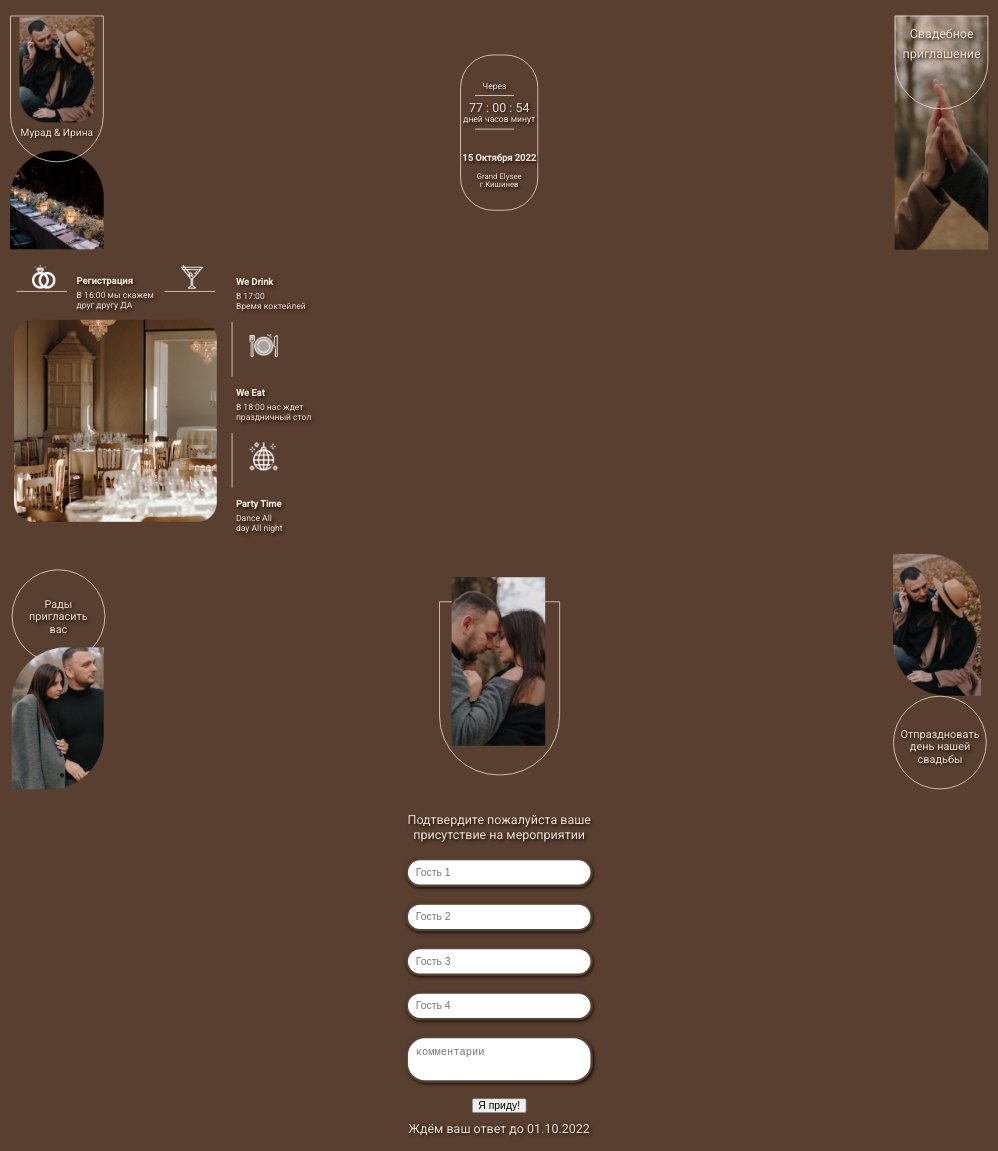
Repository: Anthony8845/wedding_invitation
Page: index.html
These files come from the project's save history. The page is drawn as it stood at one moment and after the next save; the edit follows.
The browser window is 1280 px wide. The pictures show the whole page, at 78% of full size.
Some web fonts or font styles are not loaded; a fallback is used.

Above is the page before, as saved 2022-07-30 12:58:47.

### index.html
<!DOCTYPE html>
<html lang="en">
<head>
    <meta charset="UTF-8">
    <meta http-equiv="X-UA-Compatible" content="IE=edge">
    <meta name="viewport" content="width=device-width, user-scalable=yes">
    <link rel="stylesheet" href="./style.css">
    <script defer src="./script.js"></script>
    <title>Приглашение на свадьбу</title>
</head>
<body>

    <div class="invitation">
        <div class="info">
            <div class="info_block">
                <div class="info_border">
                    <div class="info_img-u"></div>
                    <div class="info_name">Мурад & Ирина</div>
                </div>
                <div class="info_img-d"></div>
            </div>
            <div class="info_block">
                <div class="block__data">
                    <div class="container">
                        <span class="bord">Через</span>
                        <p id="timer">
                            <span id="timer-days"></span>
                            <span id="timer-hours"></span>
                            <span id="timer-mins"></span>
                            <br>
                        </p>
                        <div >
                            <span>дней</span>
                            <span>часов</span>
                            <span>минут</span>
                        </div>
                       <div class="date_border"></div>
                    </div>
                    <div class="info_date">
                        <h4>15 Октября 2022</h4>
                        <p>Grand Elysee <br>
                            г.Кишинев</p>
                    </div>
                </div>
            </div>
            <div class="info_block">
                <div class="info_invitation">Свадебное<br>приглашение</div>
                <div class="info_img-r"></div>
            </div>

        </div>
        <div class="timetable">
            <div class="timetable_block">
                <div class="block_icon">
                    <div class="icon_reg icon"></div>
                    <div class="line_icon-d"></div>
                </div>
                <div class="block_reg">
                    <h4>Регистрация</h4>
                    <p>В 16:00 мы скажем <br> друг другу ДА</p>
                </div>
                <div class="block_icon">
                    <div class="icon_drink icon"></div>
                    <div class="line_icon-d"></div>
                </div>

            </div>
            <div class="timetable_block">
                <div class="img_table"></div>
            </div>
            <div class="timetable_block">
                <div class="block_drink">
                    <h4>We Drink</h4>
                    <p>В 17:00<br> Время коктейлей</p>
                </div>
                <div class="block_icon">
                    <div class="icon_eat icon"></div>
                    <div class="line_icon-l"></div>
                </div>

                <div class="block_eat">
                    <h4>We Eat</h4>
                    <p>В 18:00 нас ждет <br> праздничный стол</p>
                </div>

                <div class="block_icon">
                    <div class="icon_party icon"></div>
                    <div class="line_icon-l"></div>
                </div>

                <div class="block_party">
                    <h4>Party Time</h4>
                    <p>Dance All<br> day All night</p>
                </div>
            </div>
        </div>
        <div class="thanks">
            <div class="thanks_one">
                <div class="one_border">Рады <br> пригласить <br> вас</div>
                <div class="one_img"></div>
            </div>
            <div class="thanks_two">
                <div class="two_img"></div>
                <div class="two_border"></div>
            </div>
            <div class="thanks_three">
                <div class="three_img"></div>
                <div class="three_border">Отпраздновать <br> день нашей <br> свадьбы</div>
            </div>
        </div>
        <div class="contain">
            <form class="form"  action="mail.php"  method="POST" >
                <h4 class="form__header">Подтвердите пожалуйста ваше присутствие на мероприятии</h4>
                <input class="form__input_item" type="text" name="Guest1" placeholder="Гость 1">
                <input class="form__input_item" type="text" name="Guest2" placeholder="Гость 2">
                <input class="form__input_item" type="text" name="Guest3" placeholder="Гость 3">
                <input class="form__input_item" type="text" name="Guest4" placeholder="Гость 4">
                <textarea class="form__comment" name="Comment" placeholder="комментарии"></textarea>
                <button class="form__btn">Я приду!</button>
            </form>
        </div>

        <div class="footer">Ждём ваш ответ до 01.10.2022</div>
    </div>
</body>
</html>

### style.css

@import url('https://fonts.googleapis.com/css2?family=Exo+2:wght@100&family=Roboto:wght@400;500&display=swap');

* {
    box-sizing: border-box;
    margin: 0;
    padding: 0;
}

body{
    color: rgb(240, 221, 209);
    font-family: 'Roboto', 'sans-serif';
    padding: 20px 0;
    background-color: rgb(88, 63, 48);
    text-shadow: 2px 2px 4px rgb(26, 19, 14)
}



.invitation {
    display: flex;
    flex-direction: column;
    margin: 0 1% 0 1%;
}
.info {
    text-align: center;
    margin-bottom: 20px;
    display: flex;
    justify-content: space-between;
    color: rgb(240, 221, 209);
    ;
}
.info_block .block__data{
    display: flex;
    justify-content: center;
    align-items: center;
   margin-top: 50px;
}
.info_border {
    width: 120px;
    position: absolute;
    border: 1px solid rgb(240, 221, 209);
    padding-bottom: 30px;
    border-radius: 0 0 60px 60px;

}
.info_img-u {
    width: 120px;
    height: 136px;
    background: url(./img/IMG_2.png) no-repeat;
    margin-left: auto;
    margin-right: auto;
    width: 6em;
    margin-bottom: 5px;


}
.info_name {
    font-size: 13px;
}
.info_img-d {
    margin-top: 173px;
    width: 120px;
    height: 127px;
    background: url(./img/Image.png) no-repeat;
}

.info_img-r {
    width: 120px;
    height: 300px;
    background: url(./img/IMG_104-300.png) no-repeat;
    background-size: cover;
}


.block__data {
    font-size: 11px;
    display: flex;
    flex-direction: column;
    /* vertical-align: middle; */
    width: 100px;
    height: 200px;
    border: 1px solid rgb(240, 221, 209);
    border-radius: 42px;
}
.container{
    font-size: 11px;
}

.container #timer{
    font-size: 16px;
    /* display: flex;
    flex-direction: row; */
}

.info_timer {

}
#timer {
    padding: 5px 0 0 0;
}

.bord {
    display: block;
    width: 50px;
    padding: 5px 0;
    margin-left: 15px;
    border-bottom: 1px solid rgb(240, 221, 209);
}

.date_border {
    width: 50px;
    margin-left: 15px;
    padding: 0 0 5px 0;
    border-bottom: 1px solid rgb(240, 221, 209);
}

.info_date {
    margin-top: 30px;
    font-size: 10px;
}
.info_date h4 {
    font-size: 12px;
    padding-bottom: 10px;
}

.info_invitation{
    width: 120px;
    height: 120px;
    position: absolute;
    border: 1px solid rgb(240, 221, 209);
    border-radius: 0 0 60px 60px;
    padding-top: 10px;
    line-height: 25px;
}

.icon {
    width: 30px;
    height: 30px;
}

.block_icon{
    padding: 0 0 0 23px;
    width: 70px;
    height: 70px;
}

.line_icon-d{
    width: 65px;
    position: relative;
    right: 20px;
    padding-top: 3px;
    border-bottom: 1px solid rgb(240, 221, 209);
}
.line_icon-l{

}

.timetable {
    margin-left: 5px;
    font-size: 11px;
    color: rgb(240, 221, 209);
    max-width: 390px;
    height: 350px;
    display: flex;
    flex-direction: column;
    flex-wrap: wrap;

}
.timetable_block {
    /* text-align: center; */
    max-width: 260px;
    display: flex;
    justify-content: space-between;
}



.timetable_block:last-child {
    margin-top: 14px;
    margin-left: 1em;
    height: 330px;
    display: flex;
    flex-direction: column;
    /* justify-content: space-between; */
}

.timetable_block:last-child .block_icon{
    border-left: 1px solid rgb(240, 221, 209);
    padding: 12px 2px 0 22px;
    /* height: 30px; */
}

.timetable_block:last-child .icon {
    width: 36px;
    height: 36px;
}

.timetable_block h4 {
    font-size: 12px;
    padding-bottom: 5px;
}

.icon_reg {

    background: url(./img/wedding-rings.png) no-repeat ;
    background-size: contain;
}
.block_reg {
   padding-top: 5%;
}
.icon_drink {

    background: url(./img/martini.png) no-repeat;
    background-size: contain;
}
.img_table {
    width: 260px;
    height: 259px;
    background: url(./img/interior.png);
}
.block_drink {
    padding-left: 5px;
}
.icon_eat {
    background: url(./img/dish.png) no-repeat;
    background-size: contain;
}
.block_eat {
    padding-left: 5px;
}
.icon_party {
    background: url(./img/mirror-ball.png);
    background-size: contain;
}
.block_party {
    padding-left: 5px;
}
.thanks{
    font-size: 14px;
    margin: 20px 2px;
    color: rgb(240, 221, 209);
    display: flex;
    flex-direction: row;
    justify-content: space-between;
}
.thanks_one {
    width: 120px;
    height: 300px;
}
.one_border {
    position: relative;
    top: 20px;
    display: flex;
    justify-content: center;
    align-items: center;
    text-align: center;
    width: 120px;
    height: 120px;

    border: 1px solid rgb(240, 221, 209);
    border-radius: 50%;
    z-index: 0;
}
.one_img {
    position: relative;
    width: 118px;
    height: 182px;
    background: url(./img/IMG1.png);
    z-index: 1;
}
.thanks_two {
    position: relative;
}
.two_border {
    position: absolute;
    left: -17px;
    bottom: 18px;
    width: 155px;
    height: 223px;
    z-index: 0;
    border: 1px solid rgb(240, 221, 209);
    border-radius: 0 0 76px 76px;
}
.two_img {
    position: relative;
    left: -1px;
    top: 30px;
    width: 120px;
    height: 216px;
    background: url(./img/IMG2.png) no-repeat;
    background-size: cover;
    z-index: 1;
}
.thanks_three {
    position: relative;
}
.three_border {
    display: flex;
    padding-top: 10px;
    justify-content: center;
    align-items: center;
    text-align: center;
    width: 120px;
    height: 120px;
    border: 1px solid rgb(240, 221, 209);
    border-radius: 50%;
}
.three_img {
    width: 113px;
    height: 182px;
    background: url(./img/IMG3.png);
}

.contain{
    display: flex;
    justify-content: center;

}

.form {
    color: rgb(240, 221, 209);
    text-align: center;
    display: flex;
    flex-direction: column;
    justify-content: center;
    width: 250px;

}

.form h4 {
    font-size: 16px;
    font-weight: normal;
    margin: 10px 0;
}

.form::after {
    content: '';
    position: absolute;
    top: 0;
    left: 0;
    width: 100%;
    height: 100%;
    background: #767676 url(./img/heart.gif) center /50px no-repeat;
    opacity: 0;
    visibility: hidden;
}

.form._sending::after {
    opacity: 0.8;
    visibility: visible;
}


.form__header {
    font-size: 18px;
}

.form__input_item {
    box-shadow: 1px 2px 4px rgb(26, 19, 14);
    border-radius: 25px;
    margin: 10px 5px;
    padding: 8px 10px;
    border: 3px solid rgb(87, 66, 51);
}

.form__comment {
    padding: 10px 10px;
    margin: 10px 5px;
    resize: none;
    height: 60px;
    border-radius: 25px;
    box-shadow: 2px 2px 4px rgb(26, 19, 14);
    border: 3px solid rgb(87, 66, 51);
}

.form__btn {
    margin: 0 auto;
    margin-top: 10px;
    /* max-width: 70px; */
    width: 70px;
}

.footer {
    margin-top: 10px;
    text-align: center;
}

### script.js
var endDate = new Date("Oct 15, 2022 12:00:00").getTime();
var timer = setInterval(function() {
    let now = new Date().getTime();
    let t = endDate - now;

    if (t >= 0) {

        let days = Math.floor(t / (1000 * 60 * 60 * 24));
        let hours = Math.floor((t % (1000 * 60 * 60 * 24)) / (1000 * 60 * 60));
        let mins = Math.floor((t % (1000 * 60 * 60)) / (1000 * 60));


        document.getElementById("timer-days").innerHTML = days +
        "<span class='label'> :</span>";

        document.getElementById("timer-hours").innerHTML = ("0"+hours).slice(-2) +
        "<span class='label'> :</span>";

        document.getElementById("timer-mins").innerHTML = ("0"+mins).slice(-2) +
        "<span class='label'></span>";


    } else {
        document.getElementById("timer").innerHTML = "The countdown is over!";

    }

}, 1000);


// 'use strict'

// document.addEventListener('DOMContentLoaded', function () {
//     const form = document.querySelector('.form');

//     form.addEventListener('submit', formSend);

//     async function formSend(e) {
//         e.preventDefault();

//         let formData = new FormData(form)


//         form.classList.add('_sending')

//         let responce = await fetch('send.php', {
//             method: 'POST',
//             body: formData
//         })
//         console.log(responce)
//         if(responce.ok) {
//             let result = await responce.json();
//             console.log(result.message)
//             form.reset()
//             form.classList.remove('_sending')

//         }else{
//             alert('Error бл')
//         }
//     }
// })

After the next save:
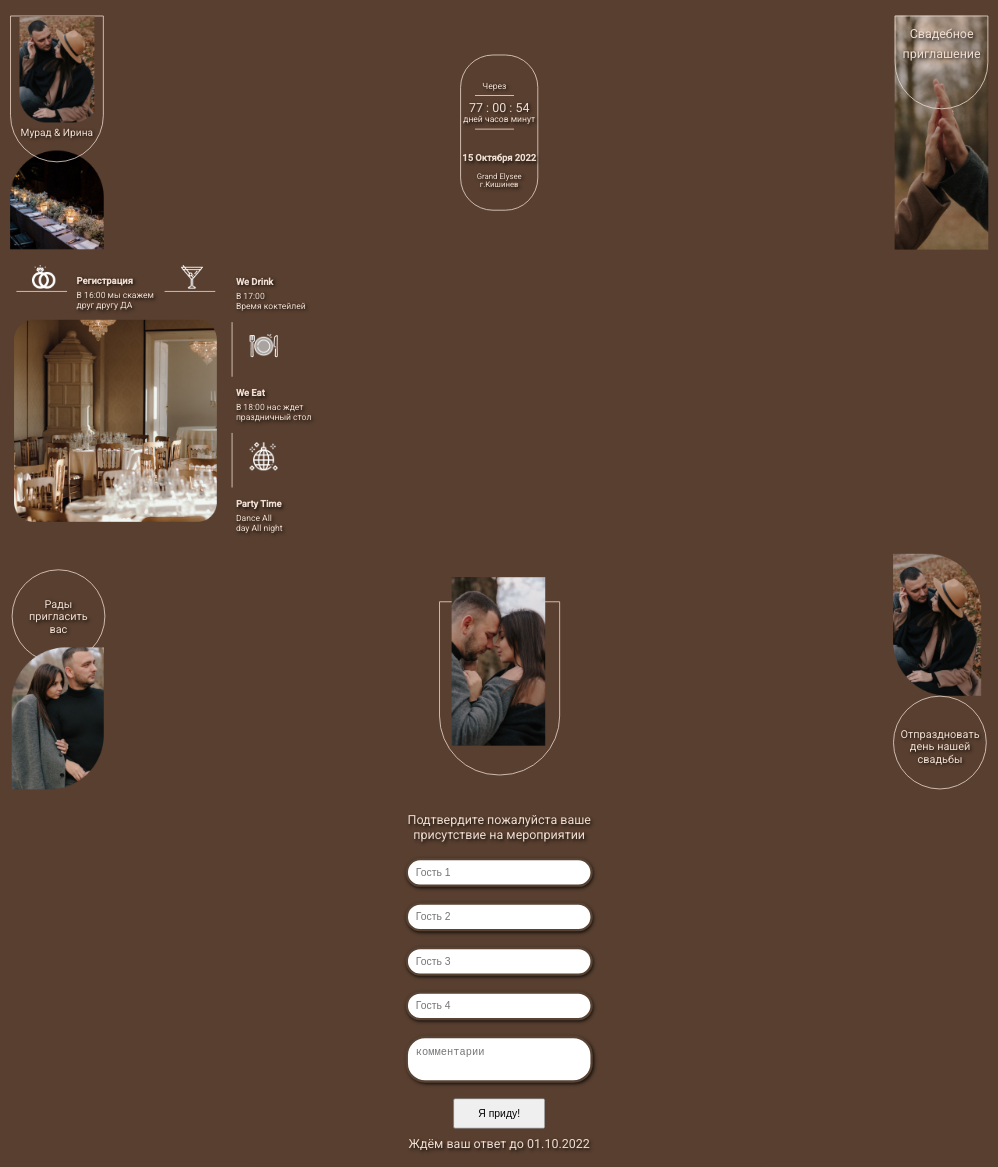
Saved 25 s later.
--- a/style.css
+++ b/style.css
@@ -378,7 +378,7 @@ body{
     margin: 0 auto;
     margin-top: 10px;
     /* max-width: 70px; */
-    width: 70px;
+    padding: 10px 30px;
 }
 
 .footer {
